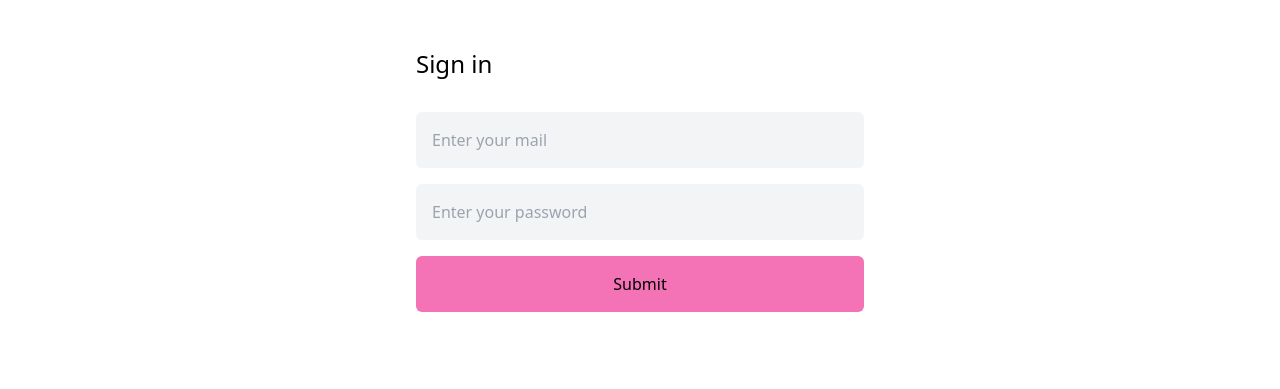
Repository: sevilgenysf/firebase
Page: /sign-in
These files come from the project's save history. The page is drawn as it stood at one moment and after the next save; the edit follows.
The browser window is 1280 px wide. The pictures show the whole page.
The project was rebuilt for these pictures with package versions that can differ from the ones it lists, and the page was loaded fresh each time. Also part of the build but not shown: src/pages/Home.js, src/pages/SignUp.js.

Above is the page before, as saved 2023-01-03 14:36:10.

After the next save:
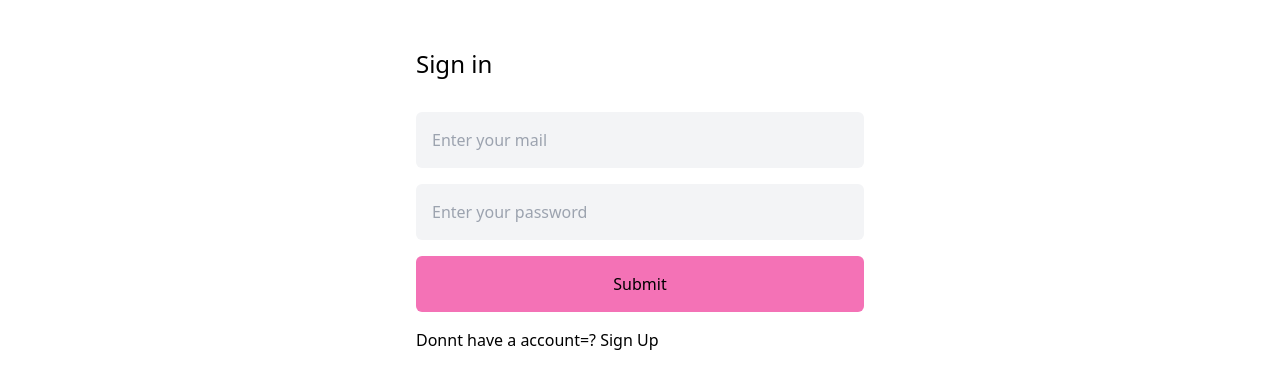
Saved 30 s later.
--- a/src/pages/SignIn.js
+++ b/src/pages/SignIn.js
@@ -44,6 +44,7 @@ const SingIn = () => {
 					className="p-4 bg-gray-100 rounded-md"
 				/>
 				<input type="submit" className="p-4 bg-pink-400 rounded-md" />
+				<Link>Donnt have a account=? Sign Up</Link>
 			</form>
 		</div>
 	);
